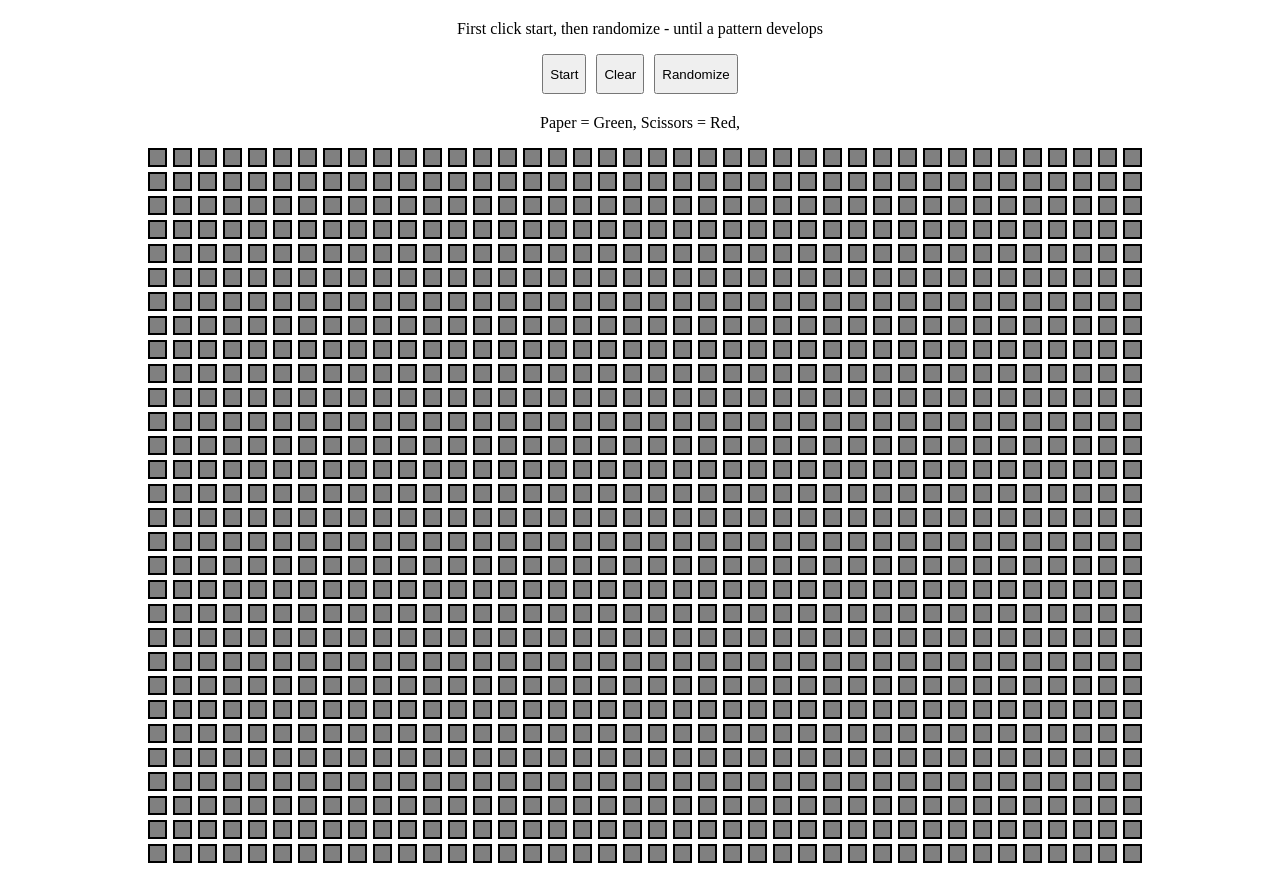
Repository: avanbussum/cellular-automata
Page: /
An editor plug-in stored every save of this project. The page is shown before and after a run of saves, followed by the edit.
The browser window is 1280 px wide. The pictures show the whole page.
The project was rebuilt for these pictures with package versions that can differ from the ones it lists, and the page was loaded fresh each time.

Above is the page before, as saved 2023-04-29 01:47:00.

After the next 4 saves:
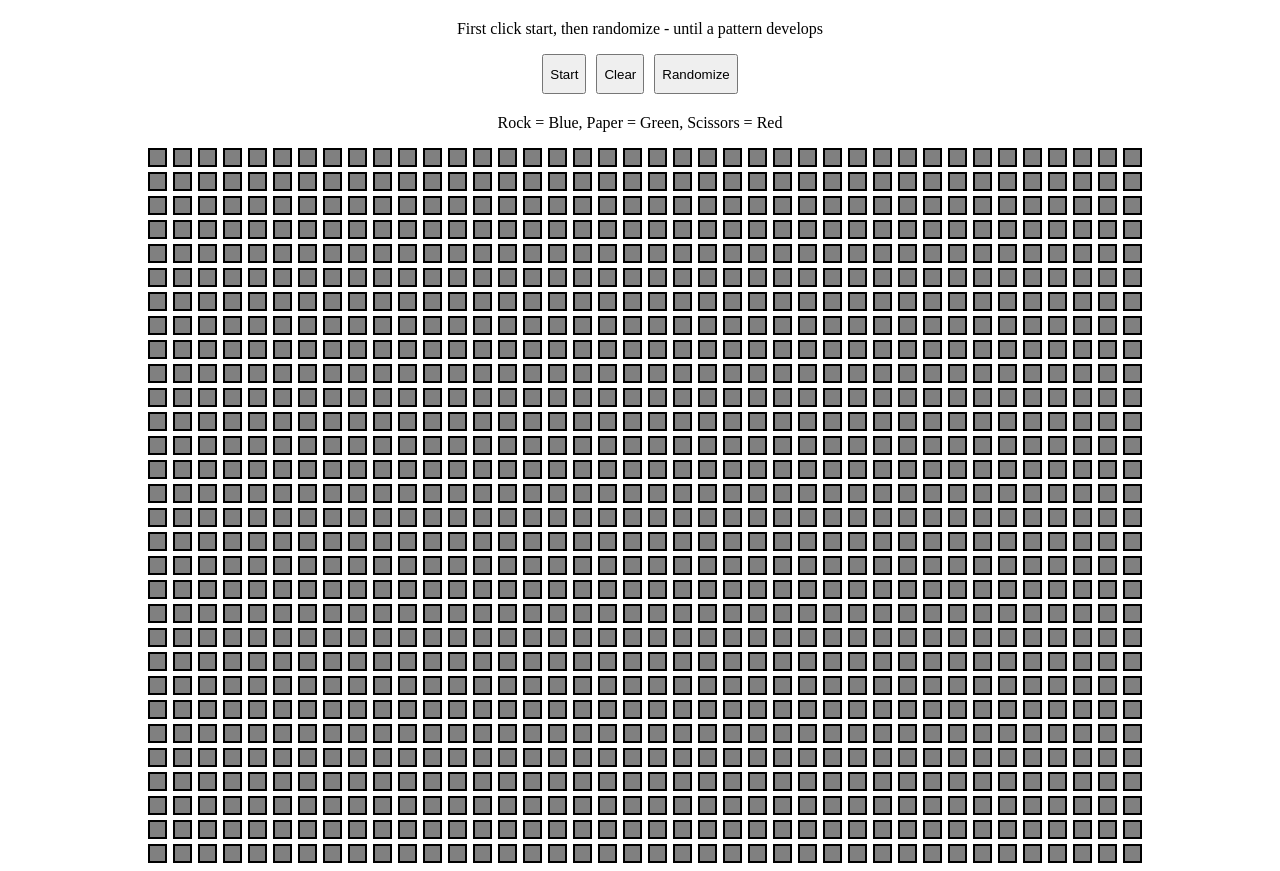
The 4 saves are shown as one change because they came seconds apart.
The last was saved 13 s later.
--- a/src/App.js
+++ b/src/App.js
@@ -214,7 +214,7 @@ export const App = () => {
           justifyContent: 'center',
           marginTop: '20px',
           gap:'10px'
-        }}>Paper = Green, Scissors = Red, </p>
+        }}>Rock = Blue, Paper = Green, Scissors = Red</p>
       <div
         style={{
           display: 'grid',
